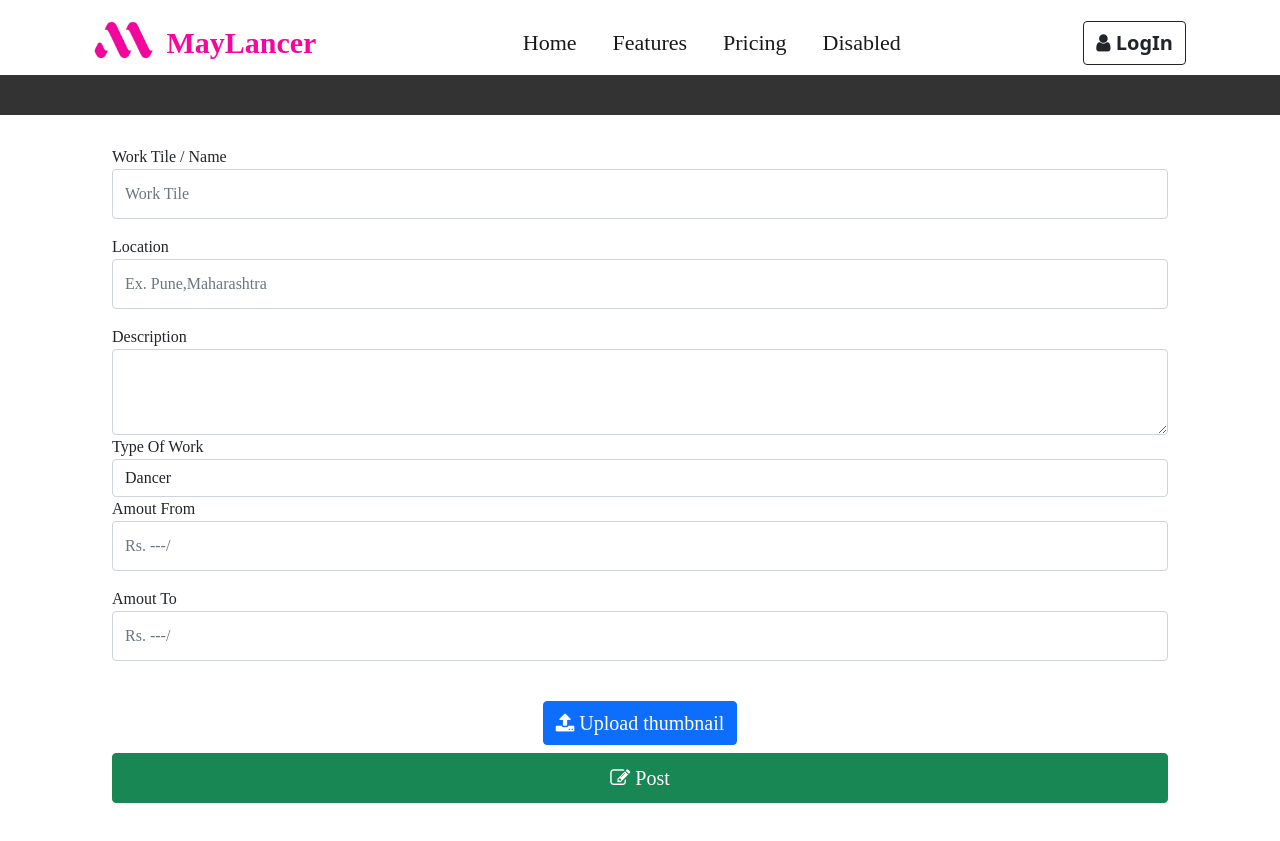
Repository: prathmesh2023/maylancers
Page: http://localhost/post_job
These files come from the project's save history. The page is drawn as it stood at one moment and after the next save; the edit follows.
The browser window is 1280 px wide. The pictures show the whole page.
Some web fonts or font styles are not loaded; a fallback is used. Some web libraries are served in a nearby version. The page is served by the project's application, run on Django 3.2 (manage.py). The page reads the database file committed with the project.

Above is the page before, as saved 2022-01-24 02:58:13.

After the next save:
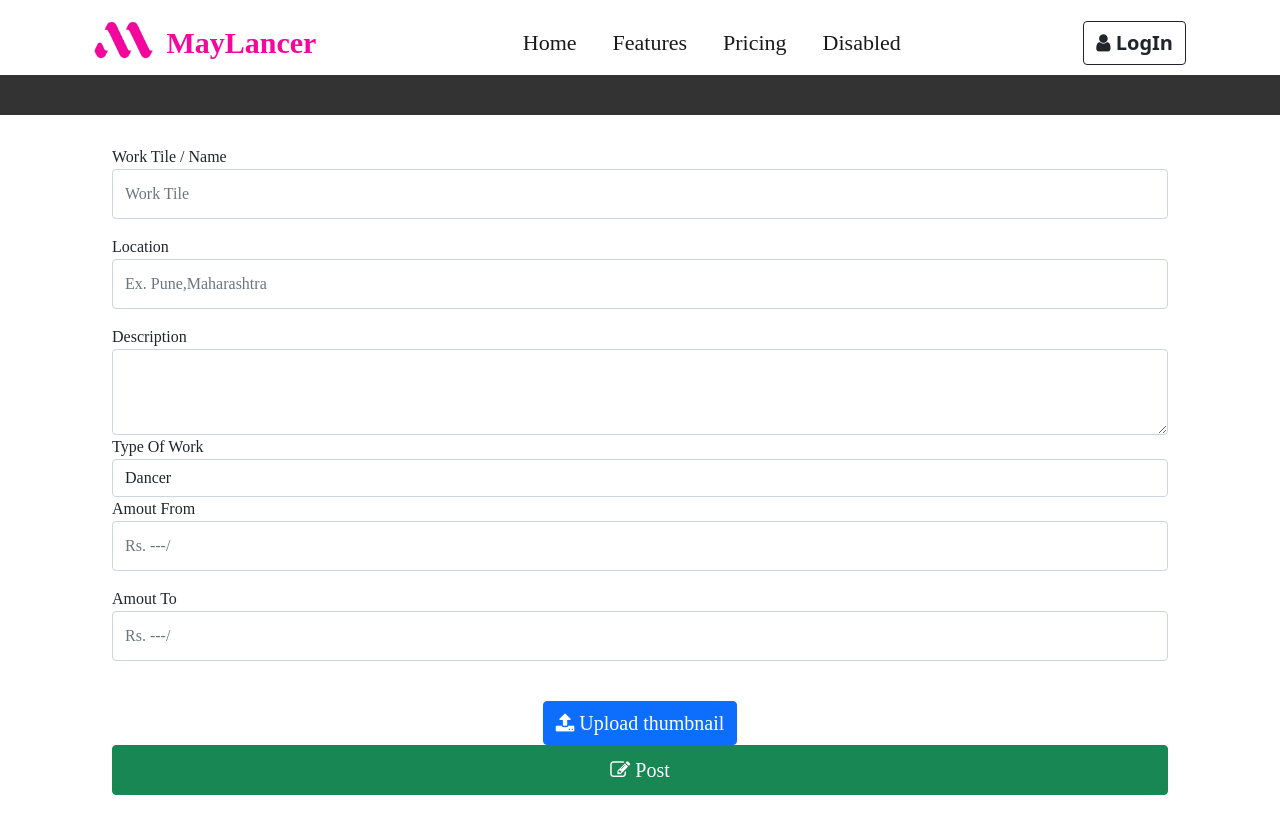
Saved 22 s later.
--- a/templates/postjob.html
+++ b/templates/postjob.html
@@ -52,7 +52,7 @@
 
         <center>
             <label for="file" class="btn btn-primary my-0"><span class="fa fa-upload">   </span> Upload thumbnail</label></center>
-        <button type="submit" class="btn btn-success my-2"><span class="fa fa-edit"> </span> Post</button>
+        <button type="submit" class="btn btn-success my-0"><span class="fa fa-edit"> </span> Post</button>
     </form>
 
 </div>

After the save that followed:
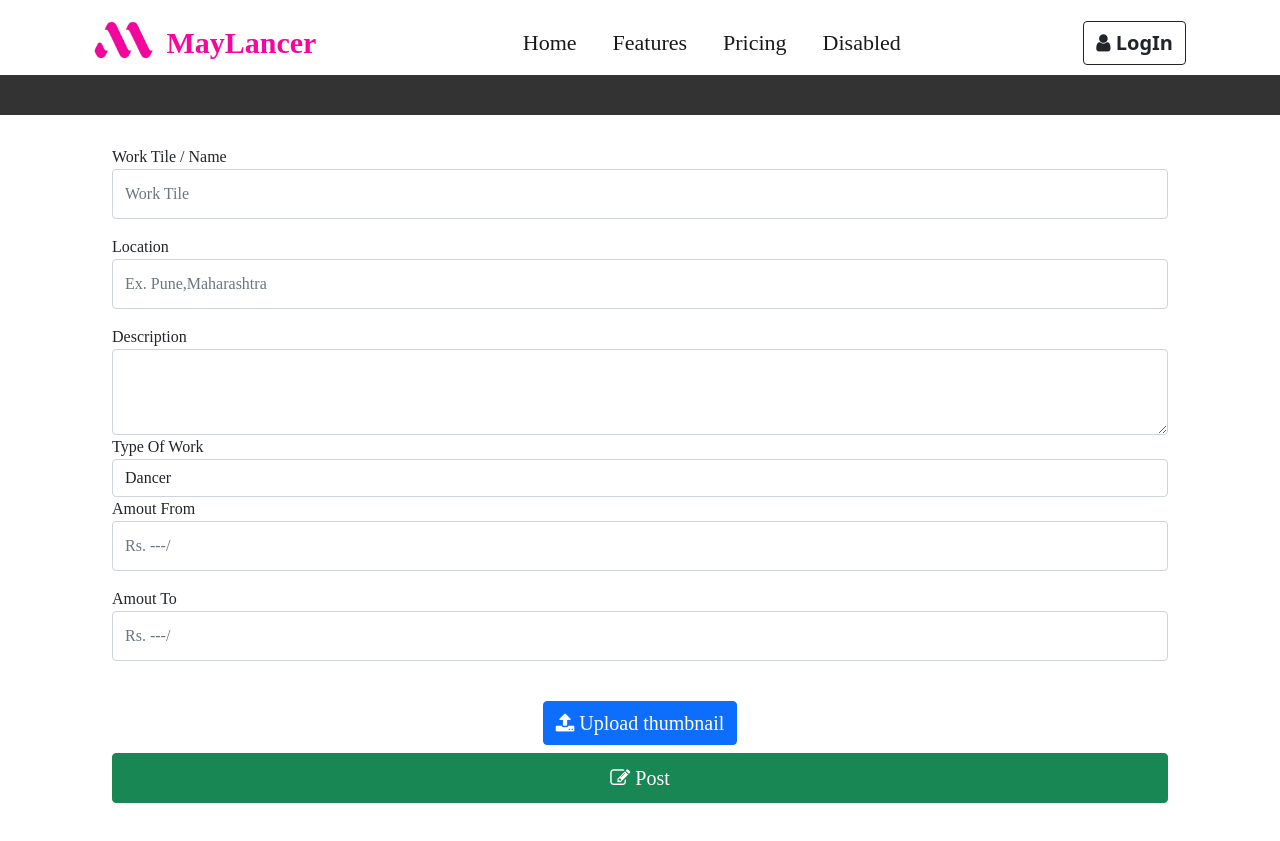
Saved 9 s later.
--- a/templates/postjob.html
+++ b/templates/postjob.html
@@ -52,7 +52,7 @@
 
         <center>
             <label for="file" class="btn btn-primary my-0"><span class="fa fa-upload">   </span> Upload thumbnail</label></center>
-        <button type="submit" class="btn btn-success my-0"><span class="fa fa-edit"> </span> Post</button>
+        <button type="submit" class="btn btn-success my-2"><span class="fa fa-edit"> </span> Post</button>
     </form>
 
 </div>
